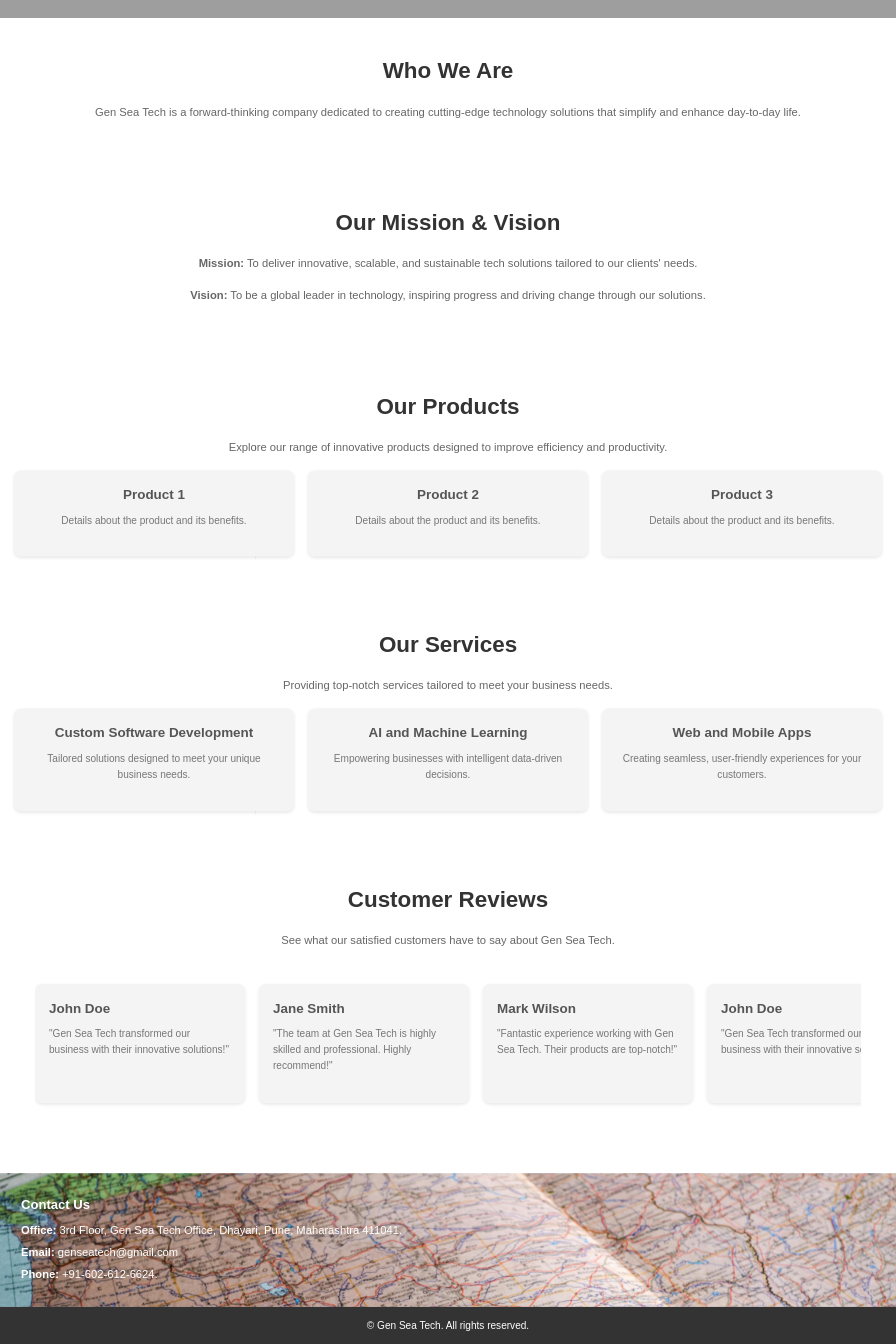
Repository: aniketkhatawkar/Gen_Sea_Tech
Page: http://localhost/GenSeaTech/
These files come from the project's save history. The page is drawn as it stood at one moment and after the next save; the edit follows.
The browser window is 1280 px wide. The pictures show the part of the page from y = 700 to 2620 px (the page is 2620 px tall before and 2580 px after), at 70% of full size.
Pictures or frames that could not be fetched are drawn as grey boxes. The page is served by Tomcat 10. Other server files are loaded and not shown.

Above is the page before, as saved 2024-12-16 08:17:49.

### GenSeaTech/src/main/webapp/home.jsp
<!DOCTYPE html>
<html>
<head>
<meta charset="UTF-8">
<meta name="viewport" content="width=device-width, initial-scale=1.0">
<title>Gen Sea Tech</title>
<link rel="icon" href="assets/logo.png" type="image/png" >

<style>
	* {
		margin: 0;
		padding: 0;
		box-sizing: border-box;
		font-family: Arial, sans-serif;
	}

	body {
		line-height: 1.6;
	}

	header p {
        font-size: 1.2rem;
        margin-bottom: 20px;
    }

	.hero {
		height: 90vh;
		background: url('assets/hero-bg.jpg') no-repeat center center/cover;
		color: white;
		display: flex;
		align-items: center;
		justify-content: center;
		text-align: center;
		padding: 20px;
	}

	.hero h1 {
		font-size: 3rem;
	}

	.hero p {
		margin-top: 10px;
		font-size: 1.2rem;
	}

	.section {
		padding: 50px 20px;
		text-align: center;
	}

	.section h2 {
		font-size: 2rem;
		margin-bottom: 20px;
		color: #333;
	}

	.section p {
		margin-bottom: 20px;
		font-size: 1rem;
		color: #666;
	}

	.cards {
		display: grid;
		grid-template-columns: repeat(auto-fit, minmax(300px, 1fr));
		gap: 20px;
		margin-top: 20px;
	}

	.card {
		background: #f4f4f4;
		padding: 20px;
		border-radius: 10px;
		box-shadow: 0 2px 5px rgba(0, 0, 0, 0.1);
	}

	.card h3 {
		margin-bottom: 10px;
		font-size: 1.2rem;
		color: #555;
	}

	.card p {
		font-size: 0.9rem;
		color: #777;
	}

	.contact {
		background: #00bcd4;
		color: #fff;
		padding: 50px 20px;
	}

	.contact h2 {
		margin-bottom: 20px;
	}

	.contact form {
		max-width: 600px;
		margin: 0 auto;
	}

	.contact input, .contact textarea {
		width: 100%;
		padding: 10px;
		margin-bottom: 10px;
		border: none;
		border-radius: 5px;
	}

	.contact button {
		padding: 10px 20px;
		border: none;
		background: #008c9e;
		color: white;
		cursor: pointer;
		border-radius: 5px;
	}

	.contact button:hover {
		background: #006b76;
	}

	.address {
		background:  url("assets/contactus.jpg") no-repeat center center;
	    background-size: cover;
	    object-fit: cover;
		padding: 30px;
		color: #ffffff;
	}

	.address h3 {
		margin-bottom: 10px;
	}

	.address p {
		margin-bottom: 5px;
	}
	.scroll-container {
        display: flex;
        overflow-x: auto;
        margin: 30px;
        gap: 20px;
        padding: 20px 0;
    }

    .review-card {
        min-width: 300px;
        background: #f4f4f4;
        padding: 20px;
        border-radius: 10px;
        box-shadow: 0 2px 5px rgba(0, 0, 0, 0.1);
        text-align: left;
    }

    .review-card h3 {
        margin-bottom: 10px;
        font-size: 1.2rem;
        color: #555;
    }

    .review-card p {
        font-size: 0.9rem;
        color: #777;
    }

    .scroll-container::-webkit-scrollbar {
        height: 8px;
    }

    .scroll-container::-webkit-scrollbar-thumb {
        background-color: #00bcd4;
        border-radius: 4px;
    }

    .scroll-container::-webkit-scrollbar-track {
        background: #f4f4f4;
    }
</style>
</head>
<body>
	<!-- NavBar -->
	<%@ include file="navbar.jsp" %>

	<!-- Hero Section -->
	<div class="hero">
		<div>
			<h1>Welcome to Gen Sea Tech</h1>
			<p>Innovating for a better tomorrow</p>
		</div>
	</div>

	<!-- Who We Are Section -->
	<div class="section" id="about">
		<h2>Who We Are</h2>
		<p>Gen Sea Tech is a forward-thinking company dedicated to creating cutting-edge technology solutions that simplify and enhance day-to-day life.</p>
	</div>

	<!-- Mission & Vision Section -->
	<div class="section" id="mission-vision">
		<h2>Our Mission & Vision</h2>
		<p><strong>Mission:</strong> To deliver innovative, scalable, and sustainable tech solutions tailored to our clients' needs.</p>
		<p><strong>Vision:</strong> To be a global leader in technology, inspiring progress and driving change through our solutions.</p>
	</div>

	<!-- Products Section -->
	<div class="section" id="products">
		<h2>Our Products</h2>
		<p>Explore our range of innovative products designed to improve efficiency and productivity.</p>
		<div class="cards">
			<div class="card">
				<h3>Product 1</h3>
				<p>Details about the product and its benefits.</p>
			</div>
			<div class="card">
				<h3>Product 2</h3>
				<p>Details about the product and its benefits.</p>
			</div>
			<div class="card">
				<h3>Product 3</h3>
				<p>Details about the product and its benefits.</p>
			</div>
		</div>
	</div>

	<!-- Services Section -->
	<div class="section" id="services">
		<h2>Our Services</h2>
		<p>Providing top-notch services tailored to meet your business needs.</p>
		<div class="cards">
			<div class="card">
				<h3>Custom Software Development</h3>
				<p>Tailored solutions designed to meet your unique business needs.</p>
			</div>
			<div class="card">
				<h3>AI and Machine Learning</h3>
				<p>Empowering businesses with intelligent data-driven decisions.</p>
			</div>
			<div class="card">
				<h3>Web and Mobile Apps</h3>
				<p>Creating seamless, user-friendly experiences for your customers.</p>
			</div>
		</div>
	</div>

	<!-- Testimonials Section -->
	<div class="section" id="testimonials">
	    <h2>Customer Reviews</h2>
	    <p>See what our satisfied customers have to say about Gen Sea Tech.</p>
	    <div class="scroll-container">
	        <div class="review-card">
	            <h3>John Doe</h3>
	            <p>"Gen Sea Tech transformed our business with their innovative solutions!"</p>
	        </div>
	        <div class="review-card">
	            <h3>Jane Smith</h3>
	            <p>"The team at Gen Sea Tech is highly skilled and professional. Highly recommend!"</p>
	        </div>
	        <div class="review-card">
	            <h3>Mark Wilson</h3>
	            <p>"Fantastic experience working with Gen Sea Tech. Their products are top-notch!"</p>
	        </div>
	        <div class="review-card">
	            <h3>John Doe</h3>
	            <p>"Gen Sea Tech transformed our business with their innovative solutions!"</p>
	        </div>
	        <div class="review-card">
	            <h3>Jane Smith</h3>
	            <p>"The team at Gen Sea Tech is highly skilled and professional. Highly recommend!"</p>
	        </div>
	        <div class="review-card">
	            <h3>Mark Wilson</h3>
	            <p>"Fantastic experience working with Gen Sea Tech. Their products are top-notch!"</p>
	        </div>
	        <div class="review-card">
	            <h3>John Doe</h3>
	            <p>"Gen Sea Tech transformed our business with their innovative solutions!"</p>
	        </div>
	        <div class="review-card">
	            <h3>Jane Smith</h3>
	            <p>"The team at Gen Sea Tech is highly skilled and professional. Highly recommend!"</p>
	        </div>
	        <div class="review-card">
	            <h3>Mark Wilson</h3>
	            <p>"Fantastic experience working with Gen Sea Tech. Their products are top-notch!"</p>
	        </div>
	    </div>
	</div>

	<!-- Address Section -->
	<div class="address" id="contact">
		<h3>Contact Us</h3>
		<p><strong>Office:</strong> 3rd Floor, Gen Sea Tech Office, Dhayari, Pune, Maharashtra 411041.</p>
		<p><strong>Email:</strong> genseatech@gmail.com</p>
		<p><strong>Phone:</strong> +91-602-612-6624.</p>
	</div>

	<!-- Footer -->
	<%@ include file="footer.jsp" %>
</body>
</html>

### GenSeaTech/src/main/webapp/navbar.jsp
<%@ page language="java" contentType="text/html; charset=UTF-8"
    pageEncoding="UTF-8"%>
<!DOCTYPE html>
<html>
<head>
<meta charset="UTF-8">
<title>Gen Sea Tech</title>
<link rel="icon" href="assets/logo.png" type="image/png" >
<style>
* {
	margin: 0;
	padding: 0;
	box-sizing: border-box;
	font-family: Arial, sans-serif;
}

body {
	line-height: 1.6;
}
.navbar {
	background-color: #ffffff;
	color: #fff;
	padding: 5px 5px;
	display: flex;
	justify-content: space-between;
	align-items: center;
	position: relative;
}

.navbar a {
	color: #40c4ff;
	text-decoration: none;
	margin: 0 20px;
	font-weight: bold;
}

.navbar a:hover {
	color: #757575;
}

.links {
	display: flex;
}
@media (max-width: 768px) {
	.links {
		display: none;
		flex-direction: column;
		background-color: #333;
		position: absolute;
		top: 50px;
		right: 10px;
		width: 200px;
		border-radius: 5px;
		box-shadow: 0px 4px 6px rgba(0, 0, 0, 0.1);
	}

	.links a {
		margin: 10px 0;
		text-align: center;
	}

	.hamburger {
		display: flex;
	}

	.links.active {
		display: flex;
	}
}
</style>
</head>
<body>
	<div class="navbar">
		<div class="logo">
        <a href="home.jsp"><img src="assets/namelogo.png" alt="Gen Sea Tech Logo" style="height: 60px; margin-right: 10px;"></a>
    	</div>
		<div class="links">
			<a href="home.jsp">Home</a>
			<a href="services.jsp">Services</a>
			<a href="products.jsp">Products</a>
			<a href="connectus.jsp">Connect Us</a>
			<a href="about.jsp">About</a>
			<a href="#support.jsp">Support</a>
		</div>
	</div>
</body>
</html>

### GenSeaTech/src/main/webapp/footer.jsp
<%@ page language="java" contentType="text/html; charset=UTF-8"
    pageEncoding="UTF-8"%>
<!DOCTYPE html>
<html>

<head>

<style>
	footer {
        background-color: #333;
        color: white;
        text-align: center;
        padding: 15px;
        margin-top: 0px;
    }

    footer p {
        font-size: 0.9rem;
    }
</style>

	<meta charset="UTF-8">
	<title>Footer</title>
</head>

<body>
	<footer>
        <p>&copy; Gen Sea Tech. All rights reserved.</p>
    </footer>
</body>

</html>

After the next save:
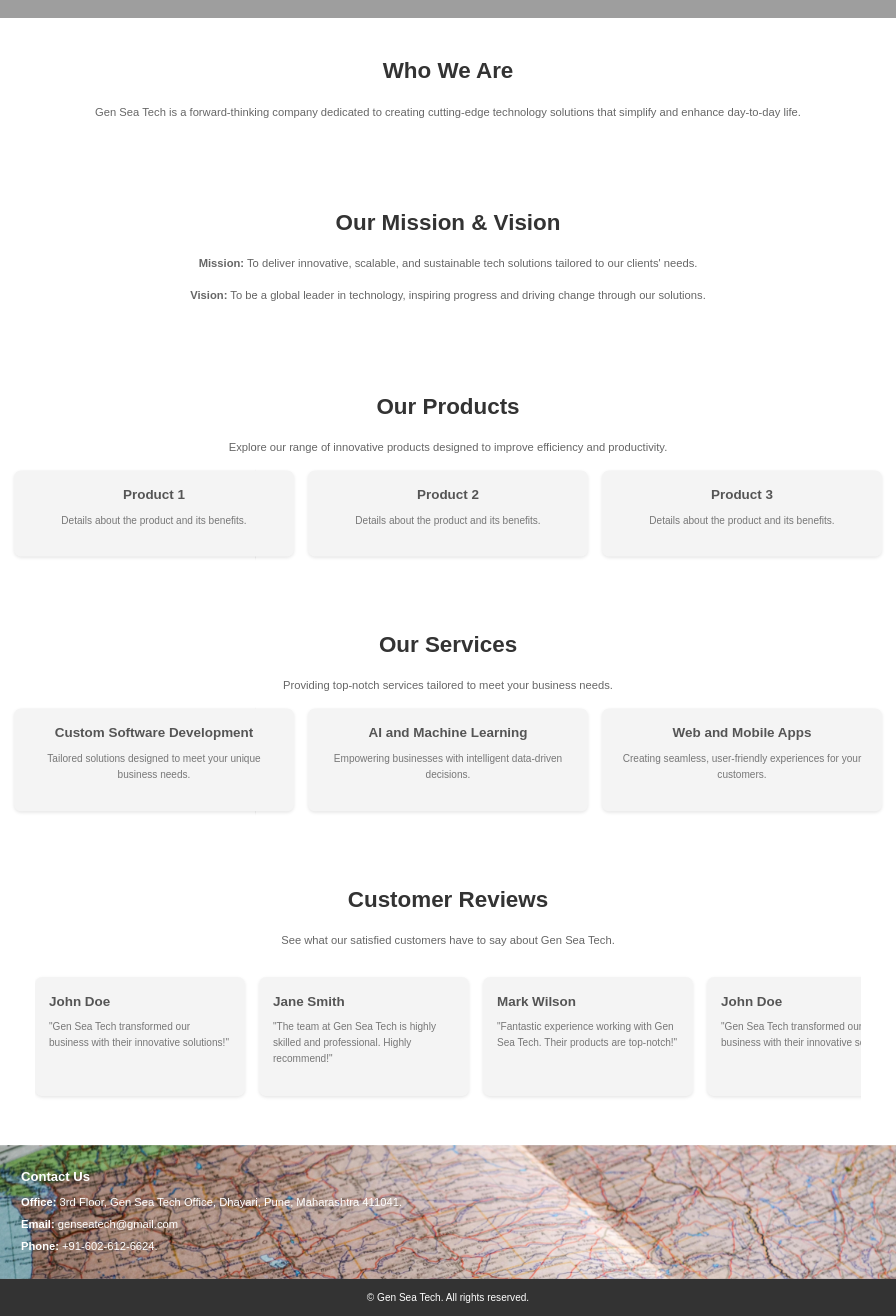
Saved 28 s later.
--- a/GenSeaTech/src/main/webapp/home.jsp
+++ b/GenSeaTech/src/main/webapp/home.jsp
@@ -139,7 +139,8 @@
 	.scroll-container {
         display: flex;
         overflow-x: auto;
-        margin: 30px;
+        margin-left: 30px;
+        margin-right: 30px;
         gap: 20px;
         padding: 20px 0;
     }
